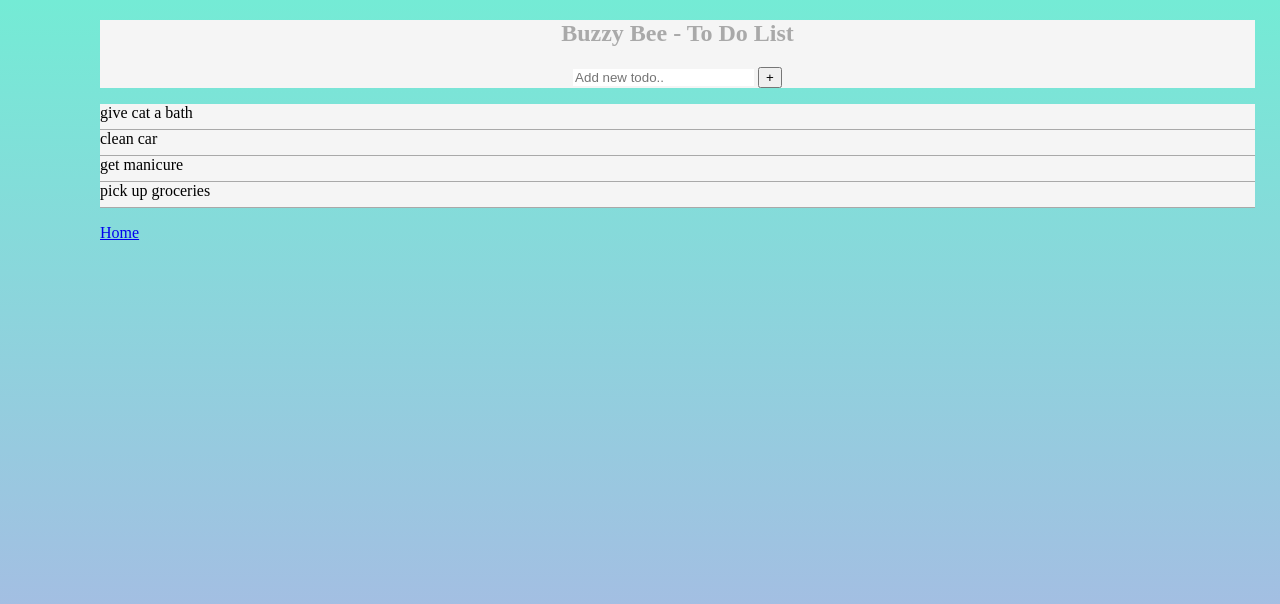
Repository: seleniadelgado/backend-spring2020-angie
Page: projects/todo/public_html/index.html
These files come from the project's save history. The page is drawn as it stood at one moment and after the next save; the edit follows.
The browser window is 1280 px wide. The pictures show the whole page.
The page's requests for data from a server got no answer.

Above is the page before, as saved 2020-05-12 16:18:17.

After the next save:
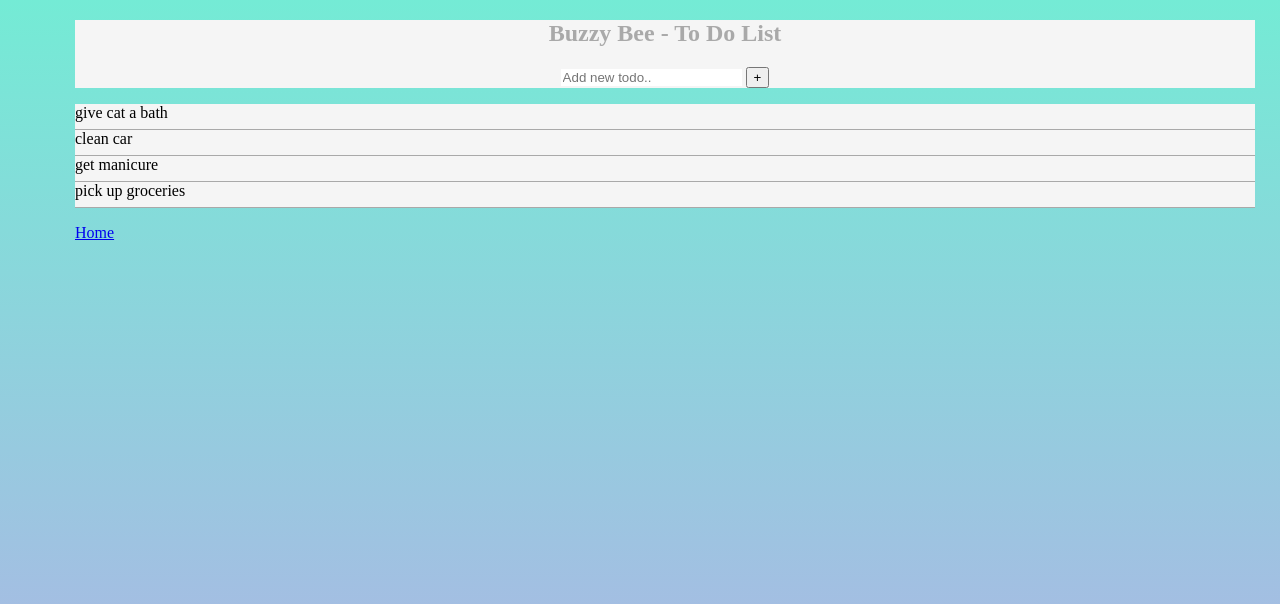
Saved 10 s later.
--- a/projects/todo/public_html/styles.css
+++ b/projects/todo/public_html/styles.css
@@ -4,7 +4,7 @@ html {
 
 }
 body {
-    margin: 0px 25px 75px 100px;
+    margin: 0px 25px 75px 75px;
 }
 
 .sectionTitle {
